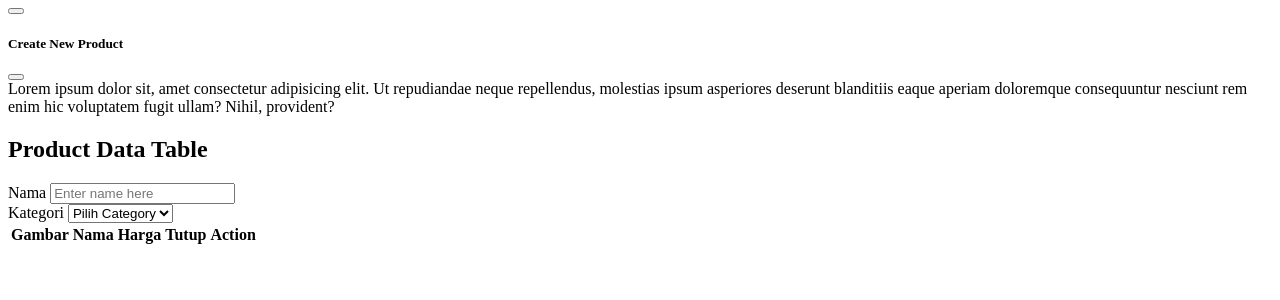
Repository: khulqu15/lelangyuk
Page: resources/views/livewire/dashboard/table/products.blade.php
The author's editor kept a copy of each file at every save. The page is drawn from the files as they stood at one save, then again after the next save.
The browser window is 1280 px wide. The pictures show the whole page.
The page is served by the project's Laravel application, run on PHP 8.4 with Laravel 8. Other server files are loaded and not shown. The template is opened directly, without the code that normally fills it, so the values that code supplies are empty.

Above is the page before, as saved 2021-02-19 19:41:41.

### routes/web.php
<?php

use App\Http\Controllers\AuctionController;
use App\Http\Controllers\ContactController;
use App\Http\Controllers\PageController;
use App\Http\Livewire\Page\Home;
use Illuminate\Support\Facades\Auth;
use Illuminate\Support\Facades\Route;

/*
|--------------------------------------------------------------------------
| Web Routes
|--------------------------------------------------------------------------
|
| Here is where you can register web routes for your application. These
| routes are loaded by the RouteServiceProvider within a group which
| contains the "web" middleware group. Now create something great!
|
*/

Route::get('/', [PageController::class, 'home'])->name('home');
Route::get('products', [PageController::class, 'products'])->name('products');
Route::get('contact', [PageController::class, 'contact'])->name('contact');
Route::get('product/{id}', [PageController::class, 'product'])->name('product');
Route::get('profile', [PageController::class, 'profile'])->name('profile');
Route::post('auction', [AuctionController::class, 'store'])->name('addAuction');

Route::post('send/email', [ContactController::class, 'store'])->name('sendEmail');

Route::get('home', [Home::class, 'render']);

Route::group(['middleware' => ['multi.auth', 'auth:sanctum', 'verified']], function() {
    Route::get('/dashboard', [PageController::class, 'dashboard'])->name('dashboard');
    Route::get('/dashboard-product', [PageController::class, 'dashboardProduct'])->name('dashboard.product');
});

// Route::middleware(['auth:sanctum', 'verified'])->get('/dashboard', function () {
//     if(Auth::check()) {
//         if(Auth::user()->level == null || Auth::user()->level == 'user') {
//             return redirect()->route('home');
//         } else {
//             return view('dashboard');
//         }
//     }
// })->name('dashboard');

### resources/views/livewire/dashboard/table/products.blade.php
<div class="container">
    <div class="row">
        <div class="col-md-12 pb-5 pt-4">
            <div>
                <button class="btn btnm-primary btn-fab p-3" data-bs-toggle="modal" data-bs-target="#modal-form-create"><i class="fas fa-plus"></i></button>
            </div>
            <div class="modal fade" id="modal-form-create" tabindex="-1" aria-labelledby="modal-form-create" aria-hidden="true">
                <div class="modal-dialog modal-lg modal-dialog-scrollable">
                    <div class="modal-content">
                        <div class="modal-header">
                            <h5 class="modal-title">Create New Product</h5>
                            <button type="button" class="btn-close" data-bs-dismiss="modal" aria-label="Close"></button>
                        </div>
                        <div class="modal-body">
                            Lorem ipsum dolor sit, amet consectetur adipisicing elit. Ut repudiandae neque repellendus, molestias ipsum asperiores deserunt blanditiis eaque aperiam doloremque consequuntur nesciunt rem enim hic voluptatem fugit ullam? Nihil, provident?
                        </div>
                    </div>
                </div>
            </div>
            <h2>Product Data Table</h2>
            <div class="row">
                <div class="col-md-6 py-4">
                    <div class="row">
                        <div class="col-md-6">
                            <div class="form-group">
                                <label for="name">Nama</label>
                                <input wire:model='name' type="text" class="form-control" name="name" id="name" placeholder="Enter name here">
                            </div>
                        </div>
                        <div class="col-md-6">
                            <div class="form-group">
                                <label for="category">Kategori</label>
                                <select wire:model='category' type="text" class="form-control" name="category" id="category">
                                    <option value="">Pilih Category</option>
                                    @foreach ($categories as $category)
                                        <option value="{{ $category->id }}">{{ $category->name }}</option>
                                    @endforeach
                                </select>
                            </div>
                        </div>
                    </div>
                </div>
            </div>
            <table class="table">
                <thead>
                    <tr>
                        <th>Gambar</th>
                        <th>Nama</th>
                        <th>Harga</th>
                        <th>Tutup</th>
                        <th>Action</th>
                    </tr>
                </thead>
                <tbody>
                    @foreach ($products as $product)
                    <tr>
                        <td scope="row">
                            <img src="{{ asset('img/product/'.$product->picture) }}" alt="{{ $product->name }}" width="70px">
                        </td>
                        <td>{{ $product->name }}</td>
                        <td>Rp {{ number_format($product->price) }},-</td>
                        <td>{{ $product->close }}</td>
                        <td>
                            @if (Auth::user()->level == 'petugas')
                            <button class="btn btn-primary btn-sm my-2 p-2">
                                <i class="fas fa-eye"></i>
                            </button>
                            @endif
                            <button wire:click="updateData($product->id)" class="btn btn-success btn-sm my-2 p-2">
                                <i class="fas fa-pen"></i>
                            </button>
                            <button wire:click='deleteData($product->id)' class="btn btn-danger btn-sm my-2 p-2">
                                <i class="fas fa-trash"></i>
                            </button>
                        </td>
                    </tr>
                    @endforeach
                </tbody>
            </table>
        </div>
    </div>
</div>

After the next save:
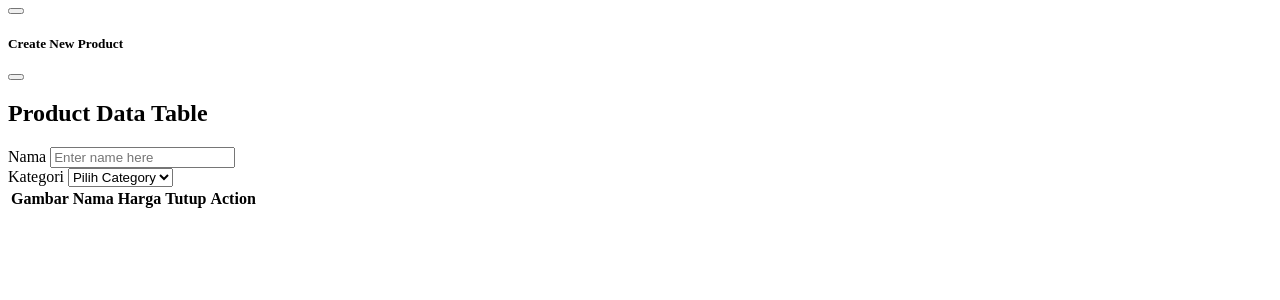
Saved 99 s later.
--- a/resources/views/livewire/dashboard/table/products.blade.php
+++ b/resources/views/livewire/dashboard/table/products.blade.php
@@ -12,7 +12,7 @@
                             <button type="button" class="btn-close" data-bs-dismiss="modal" aria-label="Close"></button>
                         </div>
                         <div class="modal-body">
-                            Lorem ipsum dolor sit, amet consectetur adipisicing elit. Ut repudiandae neque repellendus, molestias ipsum asperiores deserunt blanditiis eaque aperiam doloremque consequuntur nesciunt rem enim hic voluptatem fugit ullam? Nihil, provident?
+                            <livewire:dashboard.form.product :method="create" :dataId="null">
                         </div>
                     </div>
                 </div>
